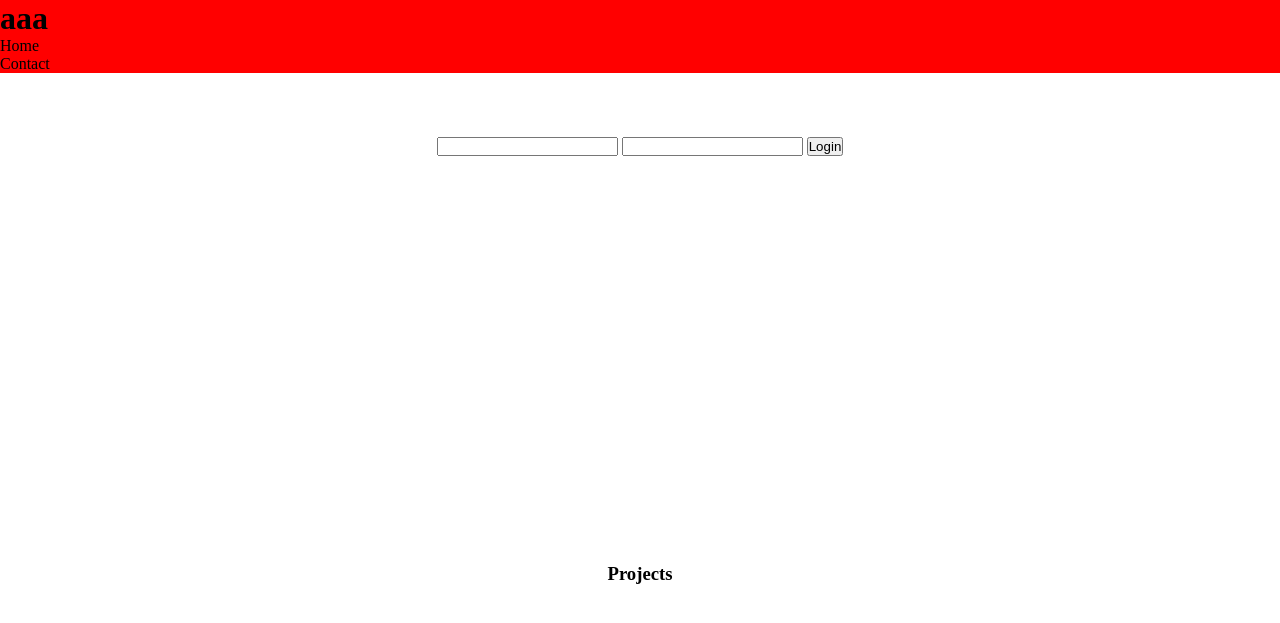
Repository: haakanerol/haakanerol
Page: Js.ass1/index.html
An editor plug-in stored every save of this project. The page is shown before and after the next save, followed by the edit.
The browser window is 1280 px wide. The pictures show the whole page.

Above is the page before, as saved 2024-02-25 15:51:30.

After the next save:
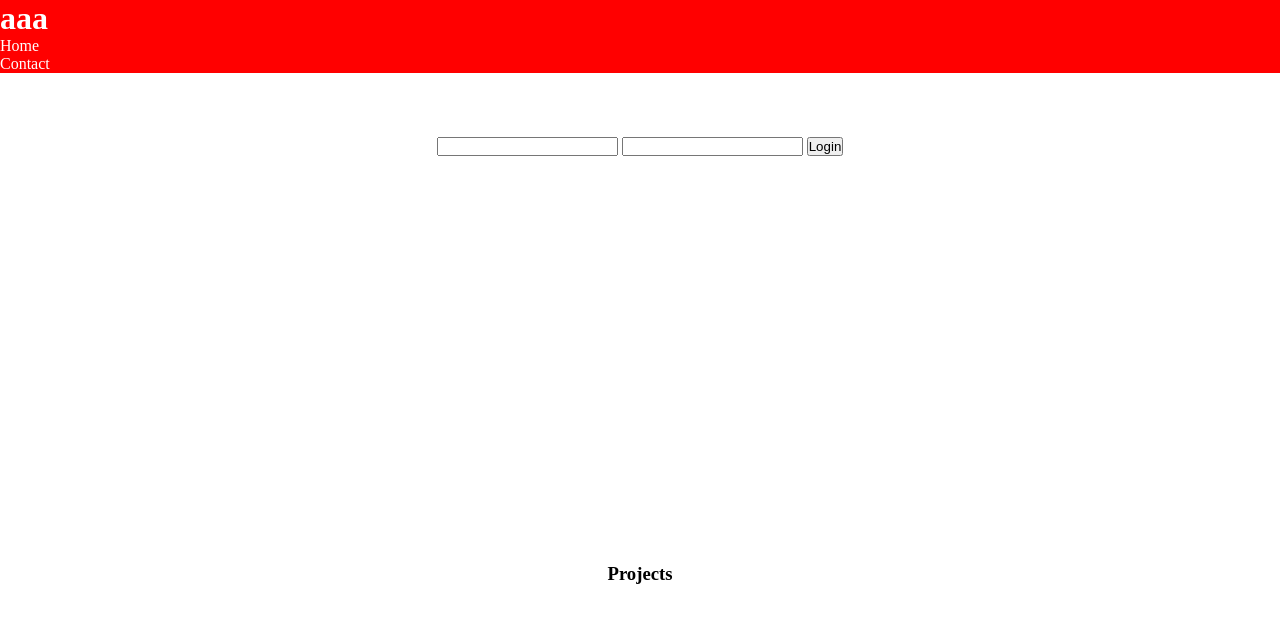
Saved 5 s later.
--- a/Js.ass1/app.js
+++ b/Js.ass1/app.js
@@ -1,4 +1,4 @@
 newHeader = document.querySelector(".header")
 console.log(newHeader);
 newHeader.style.backgroundColor = "red"
-newHeader.style.color = ""
+newHeader.style.color = "white"
